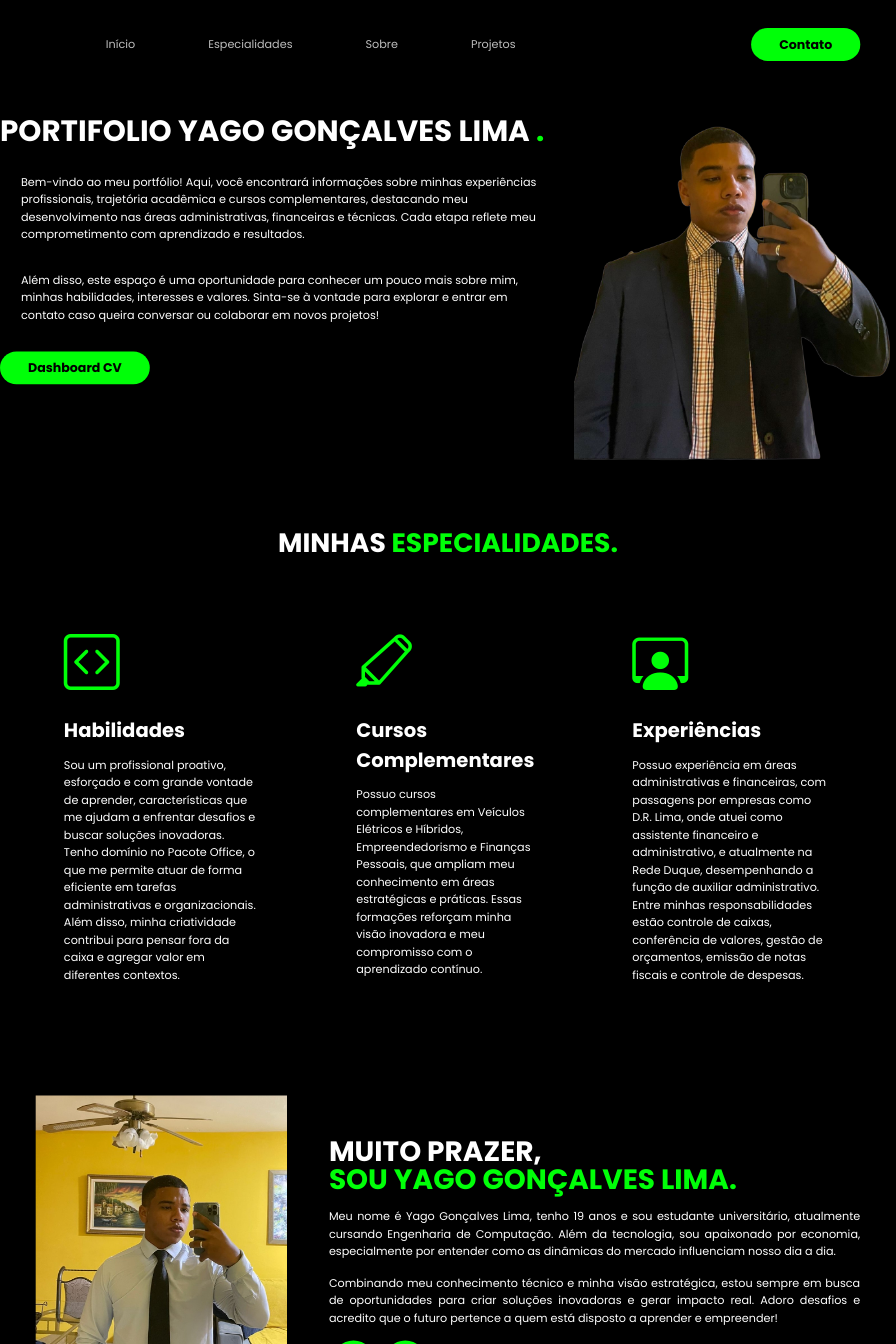
Repository: yagolima1511/Portfolio
Page: index.html
An editor plug-in stored every save of this project. The page is shown before and after the next save, followed by the edit.
The browser window is 1280 px wide. The pictures show the part of the page from y = 0 to 1920 px (the page is 3476 px tall), at 70% of full size.

Above is the page before, as saved 2025-02-13 22:12:49.

### index.html
<!DOCTYPE html>
<html lang="pt-br">
<head>
    <meta charset="UTF-8">
    <meta name="viewport" content="width=device-width, initial-scale=1.0">
    <link rel="preconnect" href="https://fonts.googleapis.com">
<link rel="preconnect" href="https://fonts.gstatic.com" crossorigin>
<link href="https://fonts.googleapis.com/css2?family=Cabin:ital,wght@0,400..700;1,400..700&family=Poppins:ital,wght@0,100;0,200;0,300;0,400;0,500;0,600;0,700;0,800;0,900;1,100;1,200;1,300;1,400;1,500;1,600;1,700;1,800;1,900&display=swap" rel="stylesheet">
<link rel="stylesheet" href="https://cdn.jsdelivr.net/npm/bootstrap-icons@1.11.3/font/bootstrap-icons.min.css">
    <link rel="stylesheet" href="style.css">
    <link rel="icon" href="imagens.portifolio/logo_yago_sem_fundo.png">
    <title>Yago Gonçalves Lima</title>
</head>
<body>

    <header>
        <div class="interface">
             <nav>
                <nav class="menu-desktop">
                    <ul>
                        <li><a href="#início">Início</a></li>
                        <li><a href="#especialidades">Especialidades</a></li>
                        <li><a href="#sobre">Sobre</a></li>
                        <li><a href="#projetos">Projetos</a></li>
                    </ul>
                </nav>
             </nav>
             <div class="btn-contato">
                <a href="https://api.whatsapp.com/send?phone=5511951423405">
                    <button>Contato</button>
                </a>
             </div>
        </div><!--INTERFACE-->
    </header>

    <main>
        <section id="início">
        <section class="topo-do-site">
            <div class="interface">
                <div class="flex">
                    <div class="txt-topo-site">
                       <h1>PORTIFOLIO YAGO GONÇALVES LIMA <span>.</span></h1>
                       <p>Bem-vindo ao meu portfólio! Aqui, você encontrará informações sobre minhas experiências profissionais, trajetória acadêmica e cursos complementares, destacando meu desenvolvimento nas áreas administrativas, financeiras e técnicas. Cada etapa reflete meu comprometimento com aprendizado e resultados.</p>
                       <p>Além disso, este espaço é uma oportunidade para conhecer um pouco mais sobre mim, minhas habilidades, interesses e valores. Sinta-se à vontade para explorar e entrar em contato caso queira conversar ou colaborar em novos projetos!</p>

                       <div class="btn-contato">
                        <a href="https://www.canva.com/design/DAGZft-klJw/L4ZIEv-Um3k0rW6E9iZL9g/edit?utm_content=DAGZft-klJw&utm_campaign=designshare&utm_medium=link2&utm_source=sharebutton">
                            <button>Dashboard CV</button>
                        </a>
                       </div>
                    </div>
                    <div class="img-topo-site">
                        <img id="img-home" src="imagens.portifolio/yago sem fundo.png" alt="" class="tamanho-fixo">

                    </div>
                </div>
            </div>
        </section>
    </section>
        <section id="especialidades">

        <section class="especialidades">
            <div class="interface">
                <h2 class="titulo">MINHAS <span>ESPECIALIDADES.</span></h2>
                <div class="flex">
                     <div class="especialidades-box">
                     <i class="bi bi-code-square"></i>
                     <h3>Habilidades</h3>
                     <p>Sou um profissional proativo, esforçado e com grande vontade de aprender, características que me ajudam a enfrentar desafios e buscar soluções inovadoras. Tenho domínio no Pacote Office, o que me permite atuar de forma eficiente em tarefas administrativas e organizacionais. Além disso, minha criatividade contribui para pensar fora da caixa e agregar valor em diferentes contextos.</p>
                </div>


                     <div class="especialidades-box">
                        <i class="bi bi-highlighter"></i>
                     <h3>Cursos Complementares</h3>
                     <p>Possuo cursos complementares em Veículos Elétricos e Híbridos, Empreendedorismo e Finanças Pessoais, que ampliam meu conhecimento em áreas estratégicas e práticas. Essas formações reforçam minha visão inovadora e meu compromisso com o aprendizado contínuo.</p>
                </div>

                     <div class="especialidades-box">
                        <i class="bi bi-person-workspace"></i>
                     <h3>Experiências</h3>
                     <p>Possuo experiência em áreas administrativas e financeiras, com passagens por empresas como D.R. Lima, onde atuei como assistente financeiro e administrativo, e atualmente na Rede Duque, desempenhando a função de auxiliar administrativo. Entre minhas responsabilidades estão controle de caixas, conferência de valores, gestão de orçamentos, emissão de notas fiscais e controle de despesas.
                    </p>
                </div>
            </div>
        </section>
    </section>
             <section id="sobre">
                    <section class="sobre">
                        <div class="interface">
                            <div class="flex">
                                <div class="img-sobre">
                                    <img src="imagens.portifolio/camisa gravata.jpeg" alt="" class="tamanho-fixo">
                                </div>
                                <div class="txt-sobre">
                                      <h2>MUITO PRAZER,<span> SOU YAGO GONÇALVES LIMA.</span> </h2>
                                          <p>Meu nome é Yago Gonçalves Lima, tenho 19 anos e sou estudante universitário, atualmente cursando Engenharia de Computação. Além da tecnologia, sou apaixonado por economia, especialmente por entender como as dinâmicas do mercado influenciam nosso dia a dia.</p>
                                          <p>Combinando meu conhecimento técnico e minha visão estratégica, estou sempre em busca de oportunidades para criar soluções inovadoras e gerar impacto real. Adoro desafios e acredito que o futuro pertence a quem está disposto a aprender e empreender!</p>
                                          <div class="btn-social">

                                                <a href="https://api.whatsapp.com/send?phone=5511951423405"><button><i class="bi bi-whatsapp"></i></button></a>
                                                <a href="https://www.linkedin.com/in/yago-lima-50758a299?utm_source=share&utm_campaign=share_via&utm_content=profile&utm_medium=ios_app"><button><i class="bi bi-linkedin"></i></button></a>

                                          </div>
                                </div>

                            </div>
                        </div>
                    </section>
                </section>
                    <section id="projetos">

                    <section class="projetos">
                        <div class="interface">
                            <h2><h2 class="titulo">PROJETO <span>DESENVOLVIDO.</span></h2></h2>

                           <div class="flex">
                            <div class="img-proj" style="background-image: url(imagens.portifolio/WhatsApp\ Image\ 2024-12-10\ at\ 22.25.13.jpeg);">
                                <div class="overlay">Projeto AlphaTec</div>
                            </div>
                            <div class="img-proj" style="background-image: url(imagens.portifolio/WhatsApp\ Image\ 2024-12-10\ at\ 22.20.26.jpeg);">
                                <div class="overlay">Projeto AlphaTec</div>
                            </div>
                            <div class="img-proj" style="background-image: url(imagens.portifolio/WhatsApp\ Image\ 2024-12-10\ at\ 22.20.24.jpeg);">
                                <div class="overlay">Projeto AlphaTec</div>

                            </div>
                           </div>
                        </div>

                        <section class="projeto">
                            <div class="interface">
                                <div class="flex">
                        <div class="txt-paragrafo-projeto">
                                <p>Juntamente com meus colegas de faculdade, desenvolvemos o Projeto AlphaTec. O projeto do carrinho autônomo com Arduino é uma aplicação simples de robótica, onde o objetivo principal é criar um veículo que detecte obstáculos e mude de direção automaticamente usando um sensor ultrassônico. Aqui está uma explicação didática e direta sobre os principais componentes e funcionamento:</p>

                        </div> <!--txt-->
                    </div>
                            </div><!--INTERFACE-->



                     </section>


                     <ul>
                        <li>
                            Arduino: É o "cérebro" do carrinho, responsável por processar as informações do sensor ultrassônico e controlar os motores.
                        <li>

                                Sensor Ultrassônico (HC-SR04): Detecta obstáculos à frente, medindo a distância usando ondas sonoras.
                            </li>
                            <li>
                                Motores e Ponte H (L298N): Movem o carrinho e permitem controlar o sentido de rotação (para frente, para trás ou virar).
                            </li>
                            <li>
                                Baterias/Pilhas: Alimentam o Arduino e os motores.
                            </li>
                            <li>
                                Estrutura do Carrinho: Uma base com rodas onde os componentes são fixados
                            </li>
                        </ul>

                    </section>
                </section>


    </main>
    <footer>
        <div class="interface">
            <div class="line-footer">
                <div class="flex">
                <div class="btn-social">

                    <a href="https://api.whatsapp.com/send?phone=5511951423405"><button><i class="bi bi-whatsapp"></i></button></a>
                    <a href="https://www.linkedin.com/in/yago-lima-50758a299?utm_source=share&utm_campaign=share_via&utm_content=profile&utm_medium=ios_app"><button><i class="bi bi-linkedin"></i></button></a>

              </div>
            </div>
            </div>
                <div class="line-footer borda">
                    <p><i class="bi bi-envelope-fill"></i> <a href="mailto:goncalveslima2005@gmail.com">goncalveslima2005@gmail.com</a></p>

            </div>

        </div>
    </footer>
</body>
</html>

### style.css
/*ESTILO GERAL*/
html {
    scroll-behavior: smooth;
}

*{
    margin: 0;
    padding: 0;
    box-sizing: 0;
    font-family: "Poppins", serif;
}

body{
    background-color: black;
    height: 100vh;
}

.interface{
    max-width: 1280px;
    margin: 0 auto;
}

.flex{
    display: flex;
}

.btn-contato button{
    padding: 10px 40px;
    font-size: 18px;
    font-weight: 700;
    background-color: #00ff08;
    border: 0;
    border-radius: 30px;
    cursor: pointer;
    transition: .2s;
}

h2.titulo{
    color: white;
    font-size: 38px;
    text-align: center;
}

h2.titulo span{
    color: #00ff08;
}

 button:hover{
    box-shadow: 0px 0px 8px #00ff08;
    transform: scale(1.05);
}

/* ESTILO DO CABEÇALHO */
header{
    padding: 40px 4%;
}

header > .interface{
    display: flex;
    align-items: left;
    justify-content: space-between;
}

header a{
    color: #7d7d7d;
    text-decoration: none;
    display: inline-block;
    transition: .2s;
}

header a:hover{
    color:#fff;
    transform: scale(1.05);
}

header nav ul{
    list-style-type: none;
}

header nav ul li{
    display: inline-block;
    padding: 0 50px;
}

/* ESTILO DO TOPO DO SITE */
section.topo-do-site{
    padding: 40px 0%;
}

section.top-do-site.flex{
    align-items: center;
    justify-content: center;
    gap: 90px;
}

.topo-do-site h1{
    color: white;
    font-size: 42px;
    line-height: 40px;
}

.txt-topo-site span{
    color: #00ff08;
}

.topo-do-site .txt-topo-site p{
    color: white;
    margin: 40px 30px;

}

.topo-do-site .img-topo-site img{
    position: relative;
    animation: flutuar 2s ease-in-out infinite alternate;
}

@keyframes flutuar{
    0%{
        top: 0;
    }
    100%{
        top: 30px;
    }
}

/* ESPECIALIDADES */
section.especialidades{
    padding: 40px 4%;
}

section.especialidades .flex{
    gap: 60px;
}

.especialidades .especialidades-box{
    color: white;
    padding: 40px;
    border-radius: 20px;
    margin-top: 45px;
    transition: .2s;
}

.especialidades .especialidades-box:hover{
    transform: scale(1.05);
    box-shadow: 0 0 8px #ffffff78;
}

.especialidades .especialidades-box i{
    font-size: 80px;
    color: #00ff08;
}

.especialidades .especialidades-box h3{
   font-size: 28px;
   margin: 15px 0;
}

/* ESTILO SOBRE */
section.sobre{
    padding: 80px 4%;
}

section.sobre .flex{
    align-items: center;
    gap: 60px;
}

.sobre .txt-sobre{
    color: white;
    line-height: 40px;
    margin-bottom: 30px;
}

.sobre .txt-sobre h2{
    font-size: 40px;
}

.sobre .txt-sobre h2 span{
    color: #00ff08;
    display: block;
}

.sobre .txt-sobre p{
     margin: 20px 0;
     text-align: justify;
     line-height: 25px;
}

 .btn-social button{
     width: 60px;
     height: 60px;
     border-radius: 50%;
     border: none;
     background-color: #00ff08;
     font-size: 22px;
     cursor: pointer;
     margin: 0 5px;
     transition: 2.s;
}

/* ESTILO DO PORTIFÓLIO */
section.projetos{
     padding: 80px 4%;
     box-shadow: 0 0 40px 10px rgba(255, 255, 255, 0.107);
}

section.projetos .flex{
    justify-content: space-around;
    margin-top: 60px;
}

.img-proj{
    width: 360px;
    height: 460px;
    background-size: cover;
    background-position: 100% 0%;
    transition: 1s;
    cursor: pointer;
    border-radius: 40px;  /* DEIXA A FOTO C ASA BORDAS REDONDAS */
    position: relative;
}

.img-proj:hover{
    background-position: 100% 100%;
}


.overlay{
    position: absolute;
    top: 0;
    left: 0;
    width: 100%;
    height: 100%;
    background-color: #010d01c3;
    border-radius: 40px;
    display: flex;
    align-items: center;
    justify-content: center;
    font-size: 24px;
    font-weight: 600;
    color: white;
    opacity: 0;
    transition: .5s;
}

.overlay:hover{
    opacity: 1;
}

.txt-paragrafo-projeto p{
    color: white;
    margin-bottom: 20px;
}

ul{
    list-style-position: inside;
    color: white;
    padding: 10px 50px;
}

/* ESTILO DO RODAPÉ */

footer{
    padding: 60px 4%;
    box-shadow: 0 0 40px 10px rgba(255, 255, 255, 0.090);
}

footer .flex{
    justify-content: space-between;
}

footer .line-footer{
    padding: 20px 0;
}

.borda{
    border-top: 2px solid #00ff08;
}

footer .line-footer p i{
    color: #00ff08;
    font-size: 22px;
}

footer .line-footer p a{
    color: white;
}

footer .line-footer p{
    text-align: right;
}



@media screen and (max-width: 1041.60px){
    /*classes gerais*/

    .flex{
        flex-direction: column-reverse;
    }

    h2.titulo{
        font-size: 34px;
        line-height: 40px;
    }

    /*cabeçalho*/
    .menu-desktop, .btn-contato{
        display: none;
    }

    .img-topo-site {
        display: none;
    }

    .txt-topo-site h1{
        margin: 7px;
        text-align: center;
        font-size: 35px;
    }

    /*topo do site*/

    section.top-do-site .flex{
        gap: 40px;

    section.topo-do-site{
        padding: 20px 8%;
    }


    .topo-do-site h1{
        font-size: 30px;
    }


    .topo-do-site .img-topo-site img{
        width: 100%;

    }
}
    /* ESPECIALIDADES */
section.especialidades{
    padding: 40px 8%;
}
/* SOBRE */
section.sobre{
    padding: 80px 8%;
}
.sobre .txt-sobre h2{
    font-size: 35px;
    line-height: 35px;
    text-align: center;
}
.btn-social{
    text-align: center;
}

.img-sobre img{
    width: 100%;
}

/* PROJETO*/
section.projetos{
    padding: 80px 8%;
}
.img-proj{
    width: 100%;
    max-width: 360px;
    margin: 0 auto;

}

section.projetos .flex{
   gap: 60px;
}
footer .flex{
    flex-direction: column;
}

footer .line-footer p{
    text-align: center;
}


}

.tamanho-fixo{


    height: 492px;
}

header a {
    color: #bdbdbd;
    text-decoration: none;
    display: inline-block;
    transition: .2s;
}

After the next save:
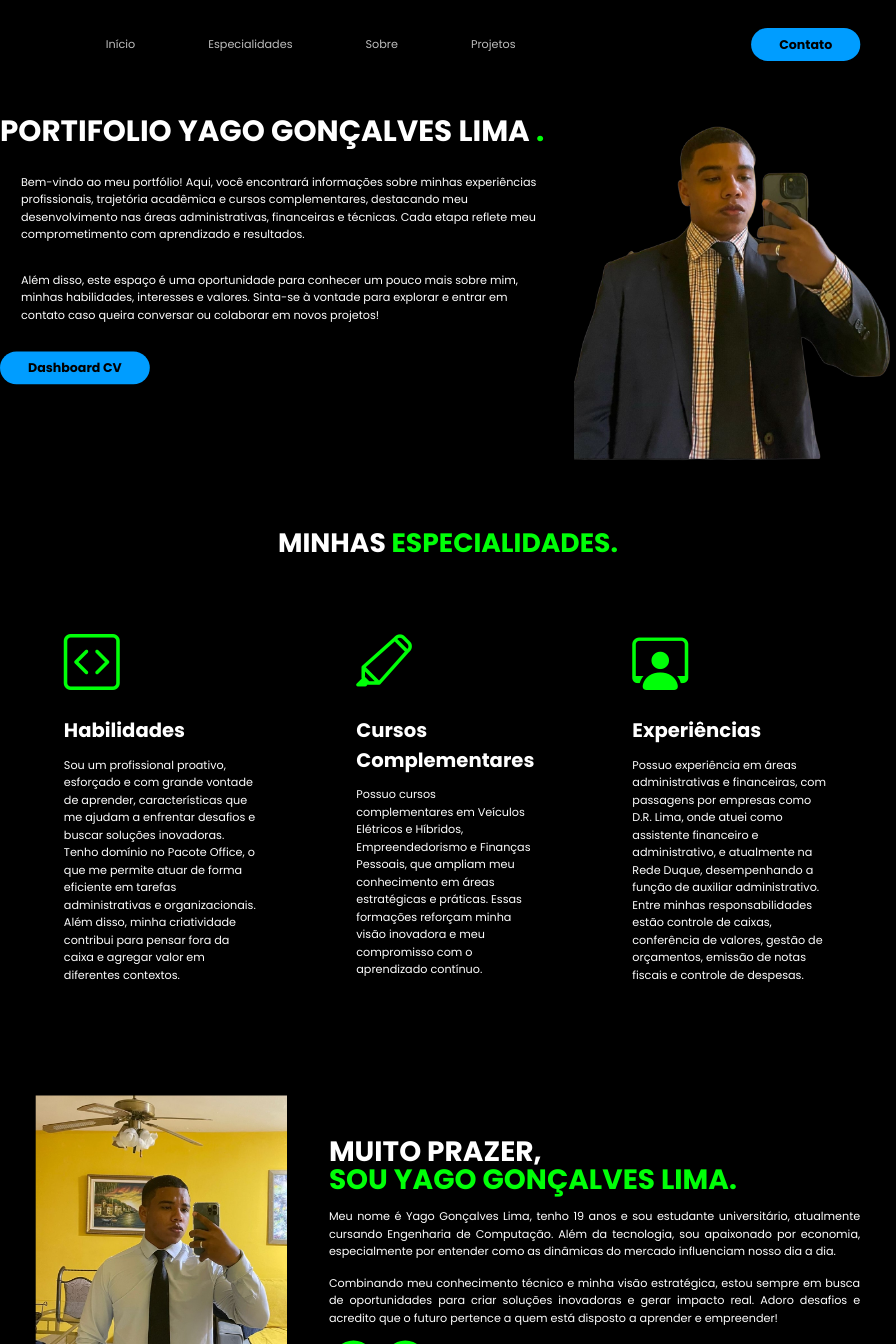
Saved 5 min 10 s later.
--- a/style.css
+++ b/style.css
@@ -28,7 +28,7 @@ body{
     padding: 10px 40px;
     font-size: 18px;
     font-weight: 700;
-    background-color: #00ff08;
+    background-color: #009dff;
     border: 0;
     border-radius: 30px;
     cursor: pointer;
